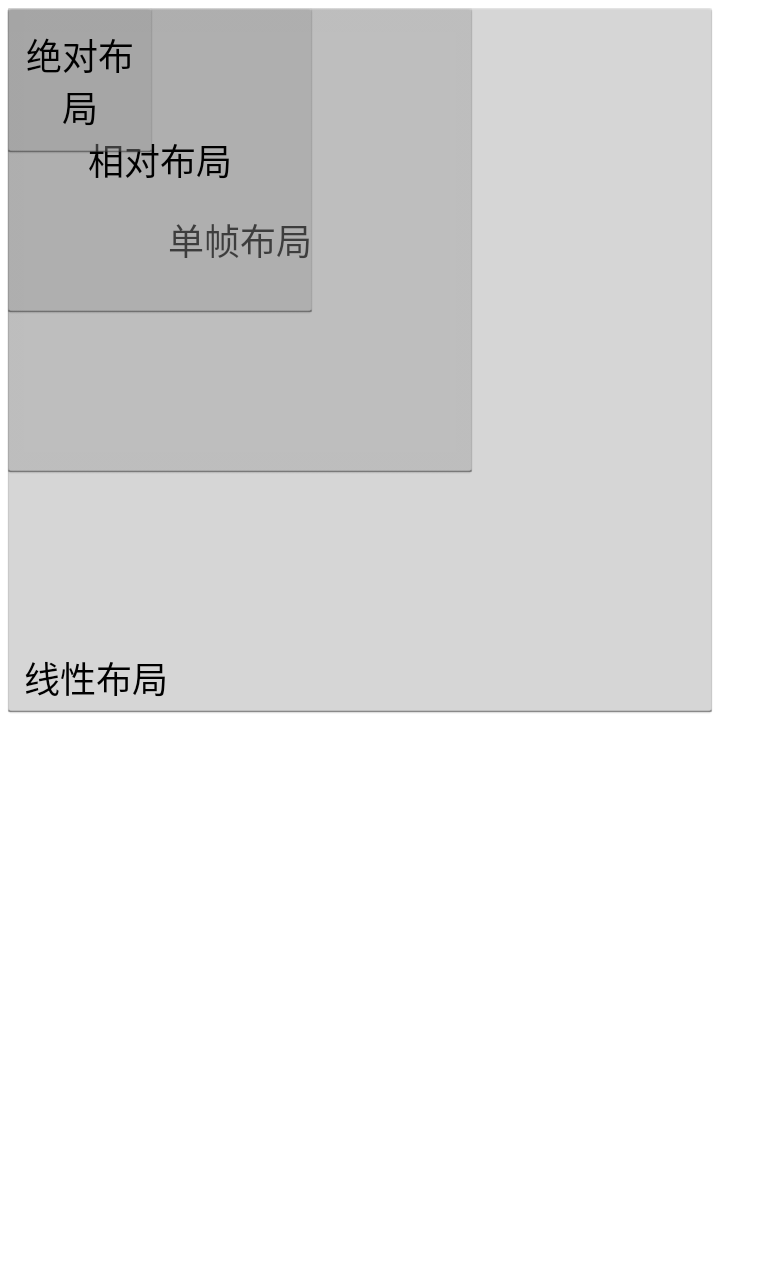
Repository: treizeor/android-examples
Layout: Ch003Layouts/res/layout/framelayout_main.xml
An editor plug-in stored every save of this project. The layout is shown before and after the next save, followed by the edit.
It is drawn on a 768 x 1280 px phone screen (xhdpi) without system bars, with theme AppTheme; the app's code is not run.

Above is the layout before, as saved 2014-06-02 02:57:17.

After the next save:
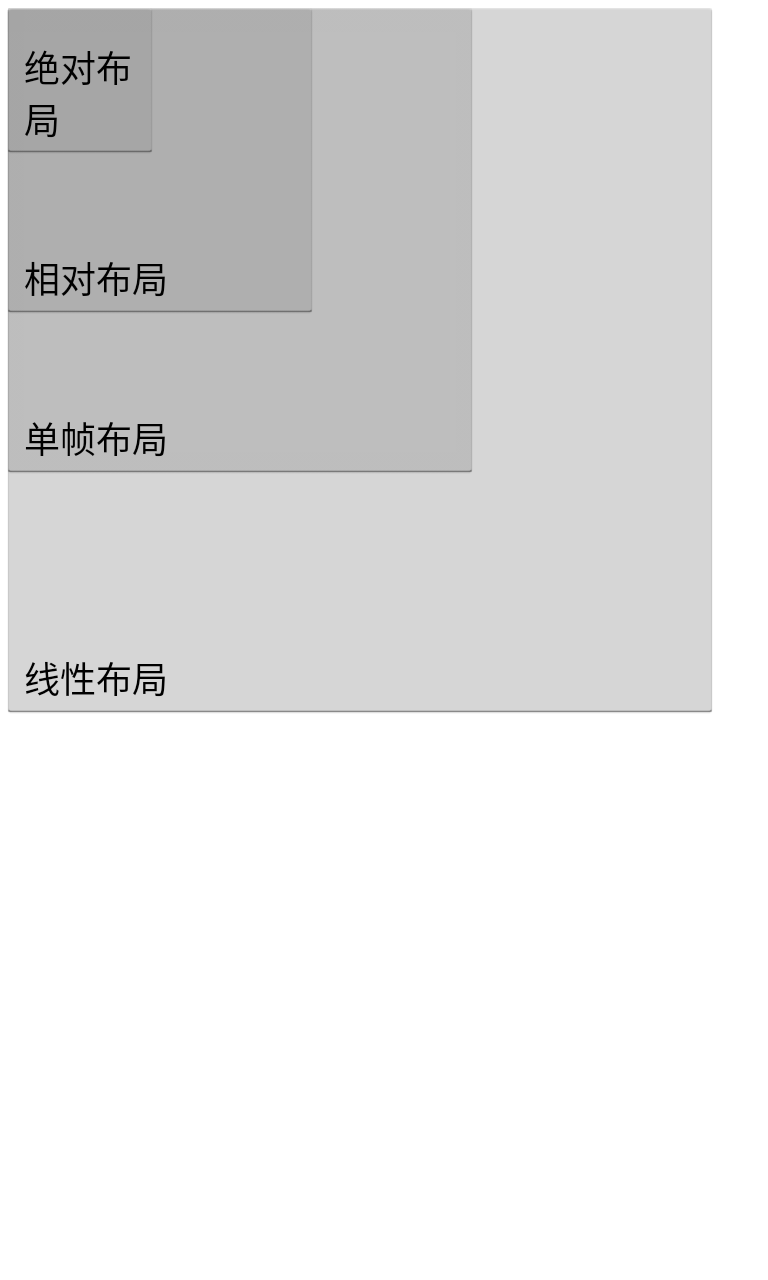
Saved 40 s later.
--- a/Ch003Layouts/res/layout/framelayout_main.xml
+++ b/Ch003Layouts/res/layout/framelayout_main.xml
@@ -13,18 +13,21 @@
 
     <Button
         android:id="@+id/frame"
+        android:gravity="bottom"
         android:layout_width="240dp"
         android:layout_height="240dp"
         android:text="@string/frame" />
 
     <Button
         android:id="@+id/relative"
+        android:gravity="bottom"
         android:layout_width="160dp"
         android:layout_height="160dp"
         android:text="@string/relative" />
 
     <Button
         android:id="@+id/abs"
+        android:gravity="bottom"
         android:layout_width="80dp"
         android:layout_height="80dp"
         android:text="@string/abs" />
